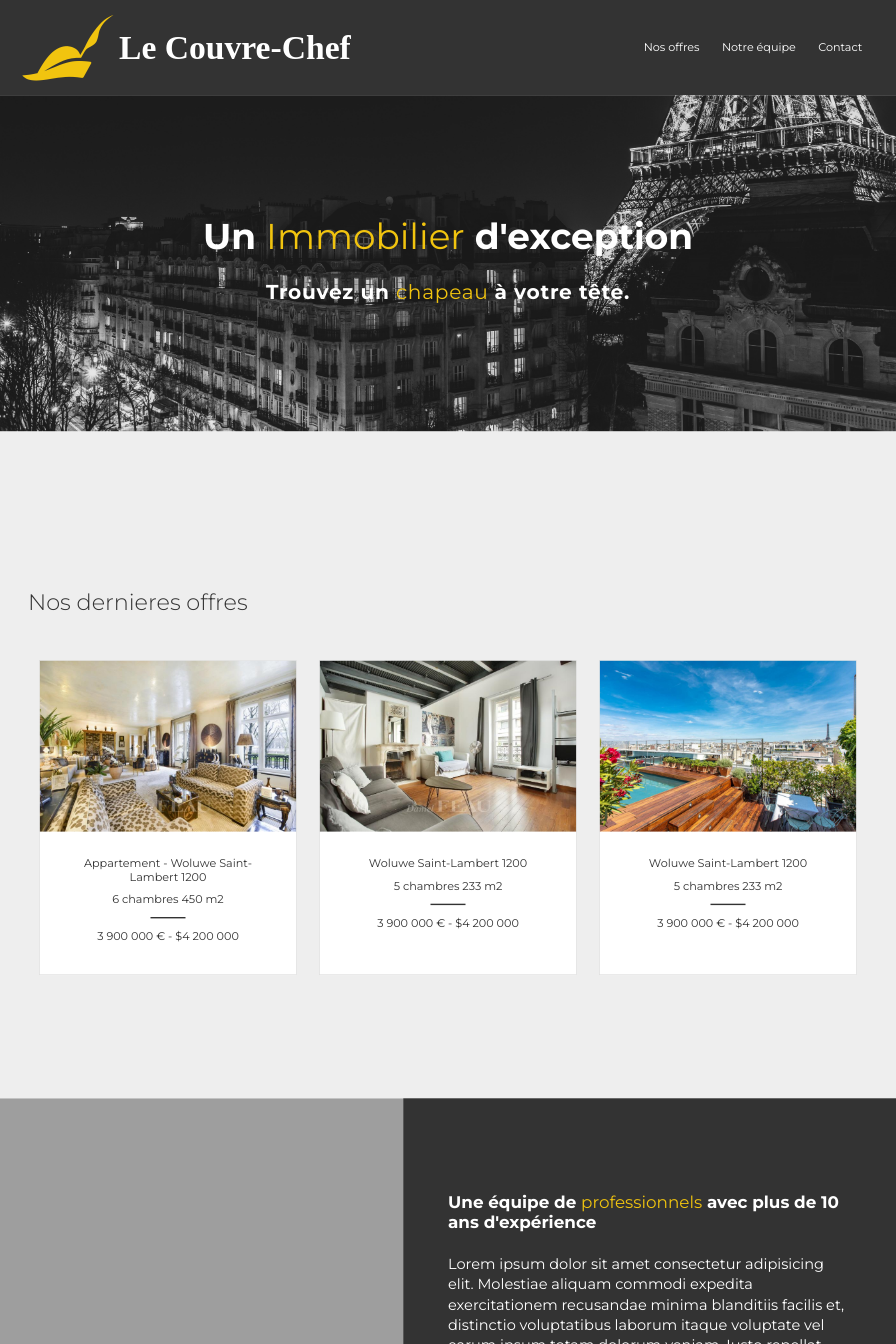
Repository: Hiliyeh/immo
Page: index.html
An editor plug-in stored every save of this project. The page is shown before and after the next save, followed by the edit.
The browser window is 1280 px wide. The pictures show the part of the page from y = 0 to 1920 px (the page is 4139 px tall), at 70% of full size.
Pictures or frames that could not be fetched are drawn as grey boxes. Some web fonts or font styles are not loaded; a fallback is used. Some web libraries are served in a nearby version.

Above is the page before, as saved 2020-05-06 15:18:57.

### index.html
<!DOCTYPE html>
<html lang="fr">
  <head>
    <meta charset="UTF-8" />
    <meta name="viewport" content="width=device-width, initial-scale=1.0" />
    <meta http-equiv="X-UA-Compatible" content="ie=edge" />
    <link rel="stylesheet" href="css/style.css" />
    <link
      rel="stylesheet"
      media="only screen and (max-width: 500px)"
      href="css/style.mobile.css"
    />
    <link
      href="https://fonts.googleapis.com/css?family=Long+Cang|Montserrat:300,400,700&display=swap"
      rel="stylesheet"
    />
    <script
      src="https://kit.fontawesome.com/83f4286022.js"
      crossorigin="anonymous"
    ></script>
    <title>Le Couvre-Chef</title>
  </head>
  <body>
    <div class="vp-container">
      <header>
        <h2 class="vp-logo">
          <i class="fab fa-pied-piper-hat"></i>
          <a href="#">Le Couvre-Chef</a>
        </h2>
        <ul>
          <li><a href="#offer">Nos offres</a></li>
          <li><a href="#team">Notre équipe</a></li>
          <li><a href="#contact">Contact</a></li>
        </ul>
      </header>
      <section class="vp">
        <div class="vp-content">
          <h1>Un <strong>Immobilier</strong> d'exception</h1>
          <p>Trouvez un <strong> chapeau </strong> à votre tête.</p>
        </div>
      </section>
      <!-- ... -->
      <section id="offer" class="offer">
        <div class="container">
          <h2 class="title">Nos dernieres offres</h2>
          <ul class="offer-list">
            <li class="offer-elem">
              <img
                src="./img/house-1.jpg"
                alt="house-1"
                class="offer-elem-img"
              />
              <div class="offer-elem-text">
                <p>Appartement - Woluwe Saint-Lambert 1200</p>
                <p>6 chambres 450 m2</p>
                <div class="offer-separator"></div>
                <p>3 900 000 € - $4 200 000</p>
              </div>
            </li>
            <li class="offer-elem">
              <img
                src="./img/house-2.jpg"
                alt="house-2"
                class="offer-elem-img"
              />
              <div class="offer-elem-text">
                <p>Woluwe Saint-Lambert 1200</p>
                <p>5 chambres 233 m2</p>
                <div class="offer-separator"></div>
                <p>3 900 000 € - $4 200 000</p>
              </div>
            </li>
            <li class="offer-elem">
              <img
                src="./img/house-3.jpg"
                alt="house-3"
                class="offer-elem-img"
              />
              <div class="offer-elem-text">
                <p>Woluwe Saint-Lambert 1200</p>
                <p>5 chambres 233 m2</p>
                <div class="offer-separator"></div>
                <p>3 900 000 € - $4 200 000</p>
              </div>
            </li>
          </ul>
        </div>
      </section>
      <!-- ... -->
      <!-- ... -->
      <section id="team" class="who">
        <div class="who-content-img"></div>

        <div class="who-content-text bg-dark">
          <h2>
            Une équipe de <strong>professionnels</strong> avec plus de 10 ans
            d'expérience
          </h2>
          <p>
            Lorem ipsum dolor sit amet consectetur adipisicing elit. Molestiae
            aliquam commodi expedita exercitationem recusandae minima blanditiis
            facilis et, distinctio voluptatibus laborum itaque voluptate vel
            earum ipsum totam dolorum veniam. Iusto repellat labore quisquam
            dicta ad doloribus inventore corrupti voluptas eligendi cupiditate
            at assumenda vitae, facere provident, deserunt beatae, consequuntur
            officiis?
          </p>
        </div>
      </section>
      <!-- ... -->
      <!-- ... -->
      <section class="testimonials">
        <div class="container">
          <div class="testimonials-content">
            <h2 class="title">Voici ce qu'ils pensent de nous</h2>
            <div class="testimonials-elem">
              <div class="testimonials-elem-text">
                <p>
                  <i class="fas fa-quote-left"></i>
                  Lorem ipsum, dolor sit amet consectetur adipisicing elit.
                  Velit, aperiam.
                  <i class="fas fa-quote-right"></i>
                </p>
              </div>
              <div class="testimonials-elem-profil">
                <img src="./img/person-3.jpg" alt="person-1" />
                <p>Jean Dupont</p>
                <em>CEO du gang</em>
              </div>
            </div>
            <div class="testimonials-elem testimonials-elem-reverse">
              <div class="testimonials-elem-profil">
                <img src="./img/person-2.jpg" alt="person-2" />
                <p>Arthur Lac</p>
                <em>Développeur Web</em>
              </div>
              <div class="testimonials-elem-text">
                <p>
                  <i class="fas fa-quote-left"></i>
                  Lorem, ipsum dolor sit amet consectetur adipisicing elit.
                  Recusandae illo quam saepe veritatis omnis quaerat ullam
                  animi. Alias excepturi velit maiores, adipisci incidunt labore
                  voluptatum quod, autem, architecto cupiditate id tempore
                  soluta ullam quia recusandae? Culpa, eius, voluptates corrupti
                  deleniti incidunt omnis error nulla perferendis blanditiis
                  quasi, perspiciatis iure vel?
                  <i class="fas fa-quote-right"></i>
                </p>
              </div>
            </div>
            <div class="testimonials-elem">
              <div class="testimonials-elem-text">
                <p>
                  <i class="fas fa-quote-left"></i>
                  Lorem ipsum dolor sit amet, consectetur adipisicing elit. Nam
                  exercitationem aut, reiciendis dolor, dolorem eius animi atque
                  maxime deleniti distinctio ex inventore rem cupiditate nostrum
                  a omnis, illum quasi delectus.
                  <i class="fas fa-quote-right"></i>
                </p>
              </div>
              <div class="testimonials-elem-profil">
                <img src="./img/person-1.jpg" alt="person-3" />
                <p>Julie Roux</p>
                <em>inconnue au bataillon</em>
              </div>
            </div>
          </div>
        </div>
      </section>
      <!-- ... -->
      <!-- ... -->
      <section id="contact" class="contact bg-dark">
        <form action="#" class="contact-form">
          <h2 class="title">Pour nous <strong>contacter</strong></h2>
          <input type="text" placeholder="Nom" name="name" id="name" />
          <input type="email" placeholder="Email" name="email" id="email" />
          <input
            type="text"
            placeholder="Votre message ..."
            name="message"
            id="message"
          />
          <div>
            <button>Soumettre</button>
          </div>
        </form>
      </section>
      <footer>
        <p>Copyright © 2020 Hiliyeh Bashir</p>
      </footer>
      <!-- ... -->
    </div>
  </body>
</html>

### css/style.CSS
* {
  margin: 0;
  padding: 0;
  box-sizing: border-box;
}

body {
  font-family: "Montserrat", sans-serif;
}

p {
  margin-bottom: 0.8rem;
}

h1,
h2,
h3,
h4 {
  margin-bottom: 1rem;
}

a {
  color: #333;
  text-decoration: none;
}


/* vp + header */

.vp-container {
  min-height: 100vh;
  display: flex;
  flex-direction: column;
}

header {
  padding: 1rem 2rem;
  background: #333;
  display: flex;
  flex-flow: row nowrap;
  justify-content: space-between;
  line-height: 1.8rem;
}

.vp-logo {
  margin-bottom: 0;
  font-family: "Long Cang", cursive;
  display: flex;
  flex-flow: row nowrap;
  justify-content: center;
  align-items: center;
}

.vp-logo i {
  color: #f1c40f;
  font-size: 6.5rem;
  margin-right: 0.5rem;
}

.vp-logo a {
  font-size: 3rem;
}

header ul {
  display: flex;
  flex-flow: row nowrap;
  align-items: center;
  list-style: none;
}

header ul li {
  padding: 1rem;
}

header ul li a:hover {
  color: #f1c40f;
}

header a {
  color: white;
}


/* ... */
strong {
  color: #f1c40f;
  font-weight: 400;
}
/* ... */
.vp {
  flex: auto;
  display: flex;
  flex-direction: column;
  justify-content: center;
  align-items: center;
  margin-bottom: 4rem;
  background: url("../img/frame.jpg") center/cover;
  min-height:30rem ;
}

.vp-content {
  max-width: 800px;
  text-align: center;
  color: white;
}

.vp-content h1 {
  font-size: 3.2rem;
  margin-bottom: 2rem;
}

.vp-content p {
  font-size: 1.8rem;
  font-weight: 600;
  letter-spacing: 1px;
  line-height: 2rem;
}
/* ... */
body {
  font-family: "Montserrat", sans-serif;
  background: #eee;
  color: #333;
}
/* ... */
ul {
  list-style: none;
}
/* ... */
/* class  */
.container {
  display: block;
  max-width: 1200px;
  margin: auto;
}

.title {
  font-weight: 300;
  font-size: 2rem;
  margin-bottom: 3rem;
}

/* ... */

/* Offer */

.offer {
  padding: 10rem 1rem;
}

.offer-list {
  display: flex;
  flex-flow: row nowrap;
  justify-content: space-between;
}

.offer-elem {
  border: 1px solid #ddd;
  background: white;
  margin: 1rem;
  flex: 1;
}

.offer-elem-img {
  width: 100%;
}

.offer-elem-text {
  padding: 2rem;
  text-align: center;
}

.offer-separator {
  margin: 1rem auto;
  height: 2px;
  width: 50px;
  background: #333;
}
/* ... */
/* class  */
/* ... */
.bg-dark {
  background: #333;
  color: white;
}
/* ... */
/* who */

.who {
  display: flex;
  flex-flow: row nowrap;
  min-height: 600px;
}

.who-content-img {
  flex: 1;
  background: url("../img/team.jpg") center/cover ;
}
.who-content-img img {
  width: 100%;

}

.who-content-text {
  flex: 1;
  padding: 4rem;
  display: flex;
  flex-direction: column;
  justify-content: center;
}

.who-content-text h2 {
  margin-bottom: 2rem;
}

.who-content-text p {
  font-size: 1.3rem;
  line-height: 1.8rem;
}

/* ... */
em {
  color: #555;
}
/* ... */
/* testimonials */

.testimonials {
  padding: 5rem 1rem;
}

.testimonials-content {
  display: flex;
  flex-direction: column;
}

.testimonials-elem {
  flex: 1;
  background: white;
  border-radius: 5px;
  padding: 2rem;
  display: flex;
  flex-flow: row nowrap;
  justify-content: space-between;
  align-items: center;
  margin-bottom: 1rem;
}

.testimonials-elem-text {
  padding: 0 2rem;
}
.testimonials-elem-text p i {
  margin: 0.2rem;
}

.testimonials-elem-profil-text p {
  font-weight: 700;
  margin-bottom: 0.5rem;
}

.testimonials-elem-profil img {
  width:100px;
  border-radius: 50px;
  margin-bottom: 0.5rem;
}

/* ... */
/* contact */

.contact {
  padding: 10rem 1rem;
  display: flex;
  flex-direction: column;
  align-items: center;
}

.contact-form {
  max-width: 600px;
  display: flex;
  flex-direction: column;
  width: 100%;
}

.contact-form input {
  background: #333;
  border: 0;
  border-bottom: 1px solid #555;
  padding: 1rem;
  font-size: 1.3rem;
  color: white;
  outline: 0;
  margin-bottom: 1rem;
}

.contact-form button {
  display: block;
  margin: 3rem auto;
  padding: 1rem 2rem;
  border: 0;
  border-radius: 30px;
  background: #f1c40f;
  color: white;
  font-weight: 700;
  font-size: 1.3rem;
  cursor: pointer;
}

.contact-form button:hover {
  background: red;
}

/* footer */

footer {
  background: #444;
  padding: 5rem 1rem;
  color: white;
  text-align: center;
}

footer p {
  margin-bottom: 0;
}

### css/style.mobile.css
@media (max-width: 500px) {
  /* class */

  .title {
    text-align: center;
  }

  /* vp + header */

  header {
    flex-direction: column;
  }

  header ul {
    flex-direction: column;
    text-align: center;
  }

  header ul li {
    margin-top: 1.5rem;
    padding: 0.5rem;
    border-bottom: 1px dotted #ddd;
  }

  .vp-content h1 {
    padding-top: 1rem;
    font-size: 2rem;
    margin-bottom: 2rem;
  }

  .vp-content p {
    font-size: 1.5rem;
    font-weight: 400;
  }

  /* offer */

  .offer {
    padding: 5rem 1rem;
    text-align: center;
  }

  .offer-list {
    flex-direction: column;
  }

  /* who */

  .who {
    flex-direction: column-reverse;
  }

  .who-content-img {
    min-height: 300px;
  }

  .who-content-text {
    padding: 4rem 2rem;
  }

  /* testimonials */

  .testimonials-elem {
    flex-direction: column;
  }

  .testimonials-elem-reverse {
    flex-direction: column-reverse;
  }

  .testimonials-elem-profil-text {
    text-align: center;
  }

  .testimonials-elem-profil img {
    display: block;
    margin: 2rem auto;
  }

  /* contact */

  .contact {
    padding: 5rem 1rem;
  }

  .contact-form button {
    margin: 3rem auto 0 auto;
  }
}

After the next save:
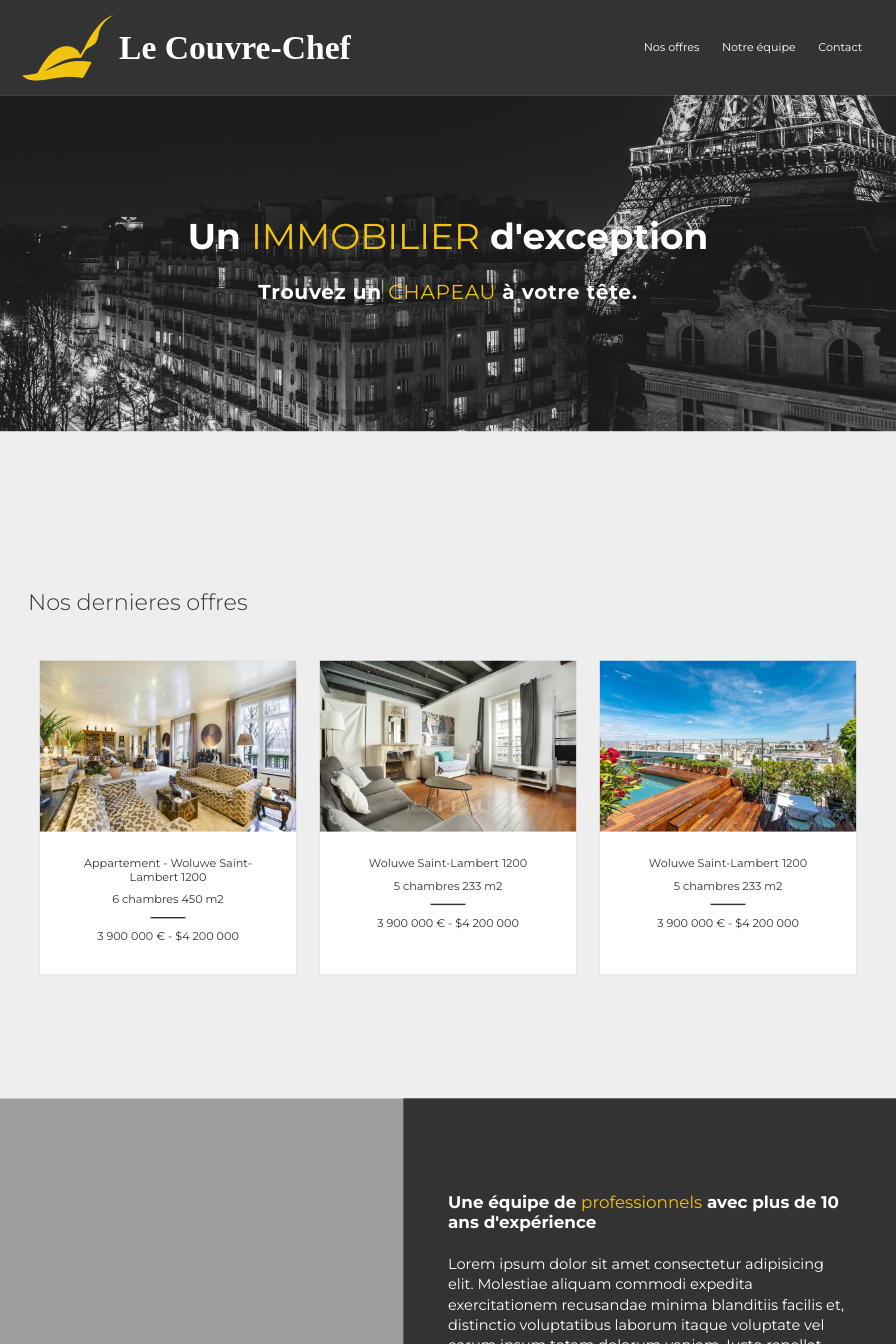
Saved 13 min 9 s later.
--- a/index.html
+++ b/index.html
@@ -35,8 +35,8 @@
       </header>
       <section class="vp">
         <div class="vp-content">
-          <h1>Un <strong>Immobilier</strong> d'exception</h1>
-          <p>Trouvez un <strong> chapeau </strong> à votre tête.</p>
+          <h1>Un <strong>IMMOBILIER</strong> d'exception</h1>
+          <p>Trouvez un <strong> CHAPEAU </strong> à votre tête.</p>
         </div>
       </section>
       <!-- ... -->
